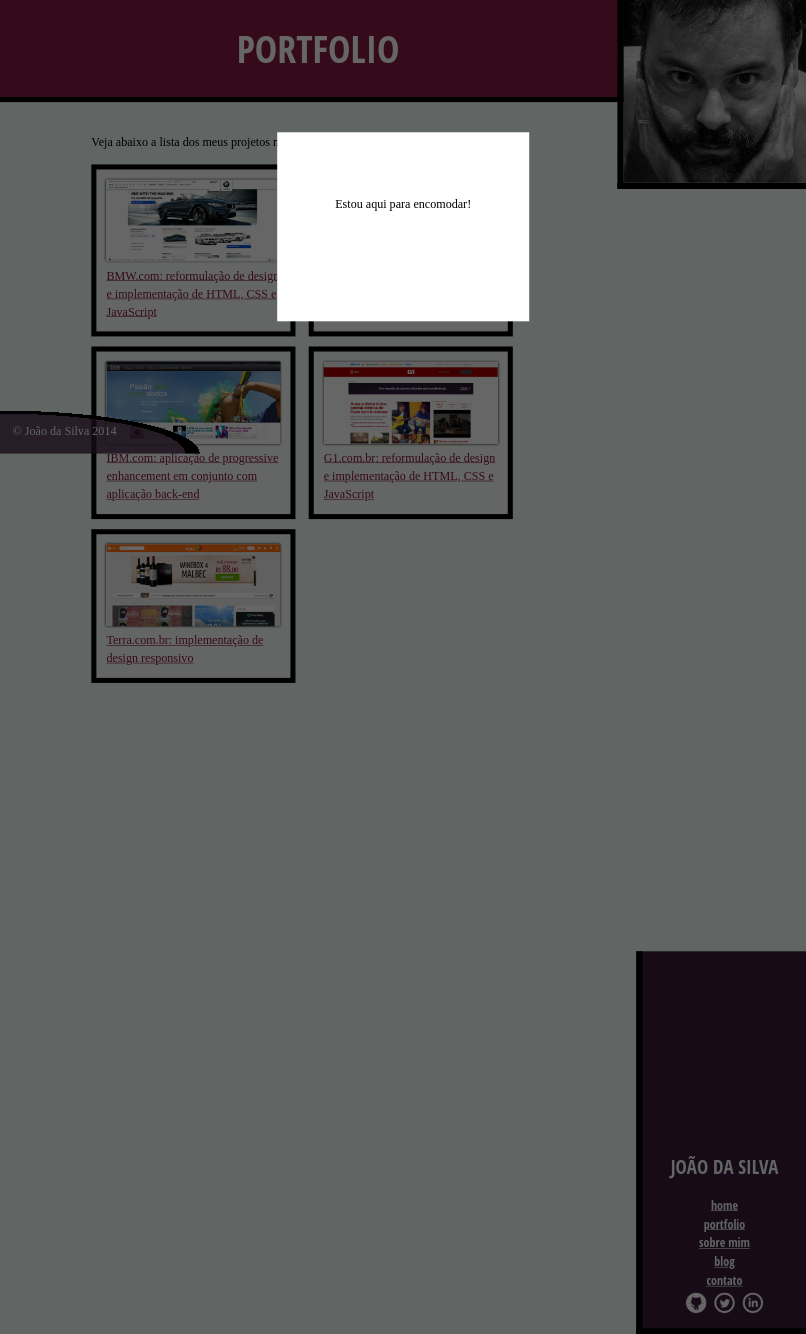
Repository: MichelMiola/html5Css3Avancado
Page: projeto/portfolio.html
An editor plug-in stored every save of this project. The page is shown before and after the next save, followed by the edit.
The browser window is 1280 px wide. The pictures show the whole page, at 63% of full size.
Some web fonts or font styles are not loaded; a fallback is used.

Above is the page before, as saved 2015-03-25 17:00:14.

### projeto/portfolio.html
<!DOCTYPE html>
<html>
<head>
    <meta charset="utf-8">
    <title>Portfolio - João da Silva</title>
    <link rel="icon" href="imagens/favicon.png">
    <link rel="stylesheet" href="css/reset.css">
    <link rel="stylesheet" href="css/site.css">
    <link rel="stylesheet" href="css/portfolio.css">
    <link rel="stylesheet" href="http://fonts.googleapis.com/css?family=Crimson+Text:400,400italic,600">
    <link rel="stylesheet" href="http://fonts.googleapis.com/css?family=Open+Sans+Condensed:700">
</head>
<body>
	<div id="tela-fixa">Estou aqui para encomodar!</div>
    <main>
        <h1 class="titulo-principal">Portfolio</h1>
        <div class="container">
            <p>Veja abaixo a lista dos meus projetos mais relevantes</p>
            <ol class="portfolio">
                <li><a href="http://bmw.com">
                        <figure>
                            <img src="imagens/bmw.png" alt="Site da BMW">
                            <figcaption>BMW.com: reformulação de design e implementação de HTML, CSS e JavaScript</figcaption>
                        </figure>
                </a></li>
                <li><a href="http://uol.com.br">
                        <figure>
                            <img src="imagens/uol.png" alt="Front-page da UOL">
                            <figcaption>UOL.com.br: reformulação de design e implementação de HTML, CSS e JavaScript</figcaption>
                        </figure>
                </a></li>
                <li><a href="http://www.ibm.com.br">
                        <figure>
                            <img src="imagens/ibm.png" alt="Site da IBM">
                            <figcaption>IBM.com: aplicação de progressive enhancement em conjunto com aplicação back-end</figcaption>
                        </figure>
                </a></li>
                <li><a href="http://g1.com.br">
                        <figure>
                            <img src="imagens/g1.png" alt="Front-page do portal G1">
                            <figcaption>G1.com.br: reformulação de design e implementação de HTML, CSS e JavaScript</figcaption>
                        </figure>
                </a></li>
                 <li><a href="http://www.terra.com.br">
                        <figure>
                            <img src="imagens/terra.png" alt="Front-page do portal Terra">
                             <figcaption>Terra.com.br: implementação de design responsivo</figcaption>
                        </figure>
                </a></li>
            </ol>
        </div>
    </main>
    <img src="imagens/eu.jpg" alt="Minha foto" class="minha-foto">
    <aside class="navegacao-site">
        <h1>João da Silva</h1>
        <nav>
            <ul>
                <li><a href="index.html">Home</a></li>
                <li><a href="portfolio.html">Portfolio</a></li>
                <li><a href="bio.html">Sobre mim</a></li>
                <li><a href="blog.html">Blog</a></li>
                <li><a href="contato.html">Contato</a></li>
            </ul>
        </nav>
        <ul class="icones-redes-sociais">
            <li>
                <a href="https://github.com/joaodasilva" class="github">
                    Github
                </a>
            </li>
            <li>
                <a href="https://twitter.com/joaodasilva" class="twitter">
                    Twitter
                </a>
            </li>
            <li>
                <a href="https://br.linkedin.com/pub/joão-da-silva/32/4/508" class="linkedin">
                    LinkedIn
                </a>
            </li>
        </ul>
    </aside>
    <footer class="rodape-pagina">
        &copy; João da Silva 2014
    </footer>
</body>
</html>

### projeto/css/site.css
body {
	font-family: "Crimson Text", "Times New Roman", serif;
	background-color: #F2FFFC;
	font-size: 120%;
	line-height: 1.5;
	display: flex;
  	flex-wrap: wrap;
  	display: block;
}

h1, h2, .subtitulo-principal {
	font-family: "Open Sans Condensed", "Arial", sans-serif;
}

h1 {
	text-transform: uppercase;
	font-size: 60px;
}

.titulo-principal {
	text-align: center;
	background-color: #851944;
	color: #FFF;
	padding: 2rem;
	border-bottom: .5rem solid #000;
}

.subtitulo-texto {
	font-size: 30px;
	clear: both;
}

main a {
	color: #851944;
}

main p {
	text-align: justify;
	margin: 20px 0;
}

.navegacao-site {
	text-align: center;
	background-color: #3C1D3D;
	color: #F2FFFC;
	padding: 20px;
	padding-top: calc(300px + 1em);
}

.navegacao-site a {
	color: inherit;
	font-family: "Open Sans Condensed", "Arial", sans-serif;
	text-transform: lowercase;
}

.navegacao-site h1 {
	font-size: 30px;
	margin-bottom: 25px;
}

.rodape-pagina {
	/* background-color: #000; */
	color: #F2FFFC;
	padding: 20px;
	clear: both;
	position: fixed;
	bottom: 0;
	left: 0;
	width: 100%;
	box-sizing: border-box;
	/* background-color: rgba(0, 0, 0, 0.3); */
	background-image: radial-gradient(ellipse at left bottom, rgba(60, 29, 61, 0.8),
		rgba(60, 29, 61, 0.8) 65%, black 65%, black 70%, transparent 70%,
		transparent);
	background-size: 25% 100%;
	background-repeat: no-repeat;
}

.container {
	width: 720px;
	margin-left: auto;
	margin-right: auto;
	padding: 30px 0;
}

strong {
	font-weight: bold;
}

em {
	font-style: italic;
}

.icones-redes-sociais li {
	display: inline-block;
}

.icones-redes-sociais a {
	width: 40px;
	height: 40px;
	display: block;
	text-indent: -99999px;
}

.github {
	background-image: url(../imagens/github.png);
}

.twitter {
	background-image: url(../imagens/twitter.png);
}

.linkedin {
	background-image: url(../imagens/linkedin.png);
}

main {
	/* width: 80%; */
	/* float: left; */
	padding-bottom: 80px;
	width: calc(100% - 0.9 * 300px);
	flex-grow: 1;
}

.minha-foto, .navegacao-site {
	border-left: 10px solid black;
	border-bottom: 10px solid black;
	box-sizing: border-box;
}

.navegacao-site {
	width: 20%;
	float: right;
	position: relative;
	top: 300px;
	width: calc(0.9 * 300px);
}

.minha-foto {
	position: absolute;
	top: 0;
	right: 0;
	height: 300px;
}

.leia-mais {
	padding: .5em;
	margin: 1em;
	display: block;
	font-size: 1.25em;
	text-align: center;
	background-color: #E6E7E8;
}

.citacao-bio {
	background-color: #D9E5E3;
	border: .5em solid #C2CCCA;
	padding: 1em;
	margin: 1em 2em;
	width: 30ch;
	box-sizing: border-box;
}

main a:hover,
main a:focus,
footer a:hover,
footer a:focus {
  color: red;
}

.navegacao-site a:hover,
.navegacao-site a:focus {
  text-shadow: 0 0 2px pink;
}

.icones-redes-sociais a:hover::after,
.icones-redes-sociais a:focus::after {
  content: attr(data-tooltip);
}

.icones-redes-sociais a {
  position: relative;
}
.icones-redes-sociais a:hover::after,
.icones-redes-sociais a:focus::after {
  content: attr(data-tooltip);
  position: absolute;
  top: 100%;
  right: 0;
  text-indent: 0;
}

.icones-redes-sociais a {
  position: relative;
}
.icones-redes-sociais a:hover::after,
.icones-redes-sociais a:focus::after {
  content: attr(data-tooltip);
  position: absolute;
  top: 100%;
  right: 0;
  text-indent: 0;
  width: 300%;
}

.icones-redes-sociais a {
  position: relative;
}

.icones-redes-sociais a:hover::before,
.icones-redes-sociais a:focus::before {
  content: '';
}

.icones-redes-sociais a:hover::before,
.icones-redes-sociais a:focus::before {
  content: '';
  width: 1em;
  height: 1em;
  background-color: black;
}

.icones-redes-sociais a:hover::before,
.icones-redes-sociais a:focus::before {
  content: '';
  width: 1em;
  height: 1em;
  background-color: black;
  position: absolute;
  bottom: 0;
  left: 0;
}

.icones-redes-sociais a:hover::before,
.icones-redes-sociais a:focus::before {
    content: '';
    width: 1em;
    height: 1em;
    background-color: black;
    position: absolute;
    bottom: 0;
    left: 0;
    transform: translateY(.5em) rotate(45deg);
}

.icones-redes-sociais a:hover::after,
.icones-redes-sociais a:focus::after {
  content: attr(data-tooltip);
  position: absolute;
  top: 100%;
  right: 0;
  text-indent: 0;
  width: 300%;
  background: black;
  font-size: .75em;
}

### projeto/css/portfolio.css
.portfolio li {
	display: inline-block;
	border: 8px solid black;
	background-color: #FAFFFC;
	width: 45%;
	box-sizing: border-box;
	padding: 16px;
	margin-right: 16px;
	margin-bottom: 16px;
}

.portfolio img {
	width: 100%;
	box-shadow: 0 0 4px #000;
}

#tela-fixa {
	position: fixed;
	top: 50%;
	left: 50%;
	transform: translate(-50%, -50%);
	width: 400px;
	height: 200px;
	background-color: #FFF;
	box-shadow: 0 0 0 9999px rgba(0, 0, 0, .6);
	z-index: 9999;
	text-align: center;
	padding-top: 100px;
}

Loaded but not shown: projeto/css/reset.css (common file)

After the next save:
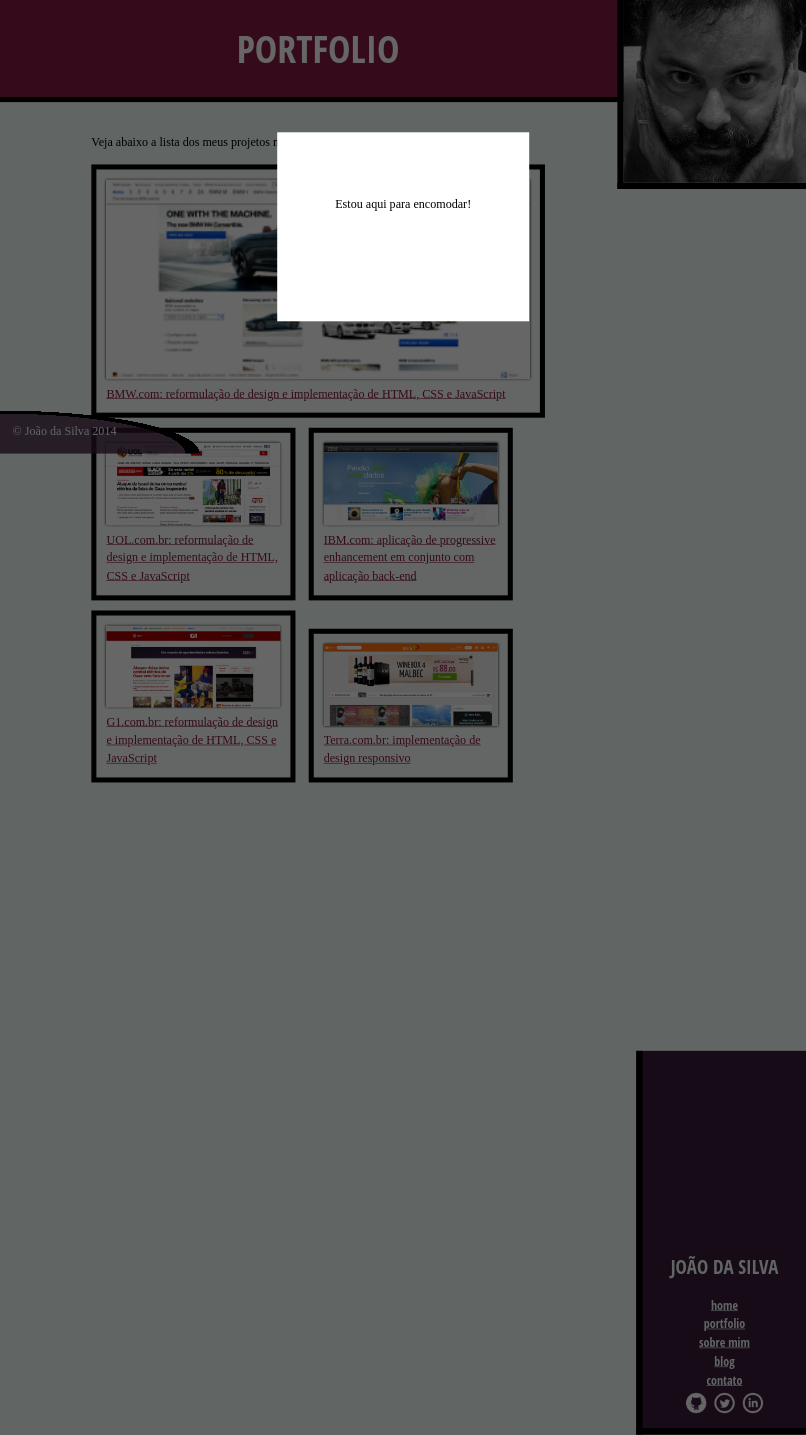
Saved 31 s later.
--- a/projeto/css/portfolio.css
+++ b/projeto/css/portfolio.css
@@ -27,3 +27,7 @@
 	text-align: center;
 	padding-top: 100px;
 }
+
+.portfolio li:first-child {
+  width: 100%;
+}
